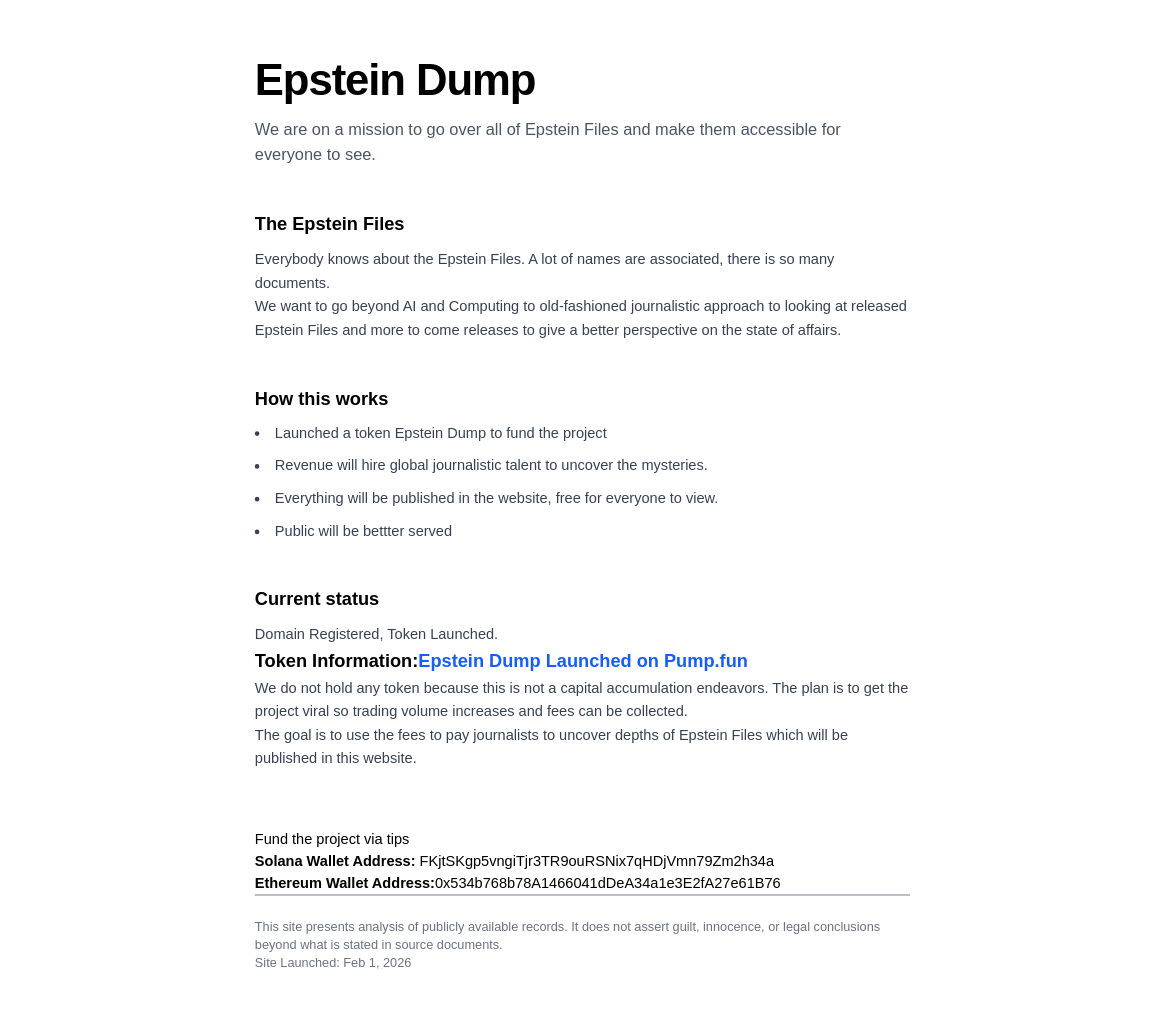
Repository: dayvoid97/epsteindump
Page: /
These files come from the project's save history. The page is drawn as it stood at one moment and after the next save; the edit follows.
The browser window is 1280 px wide. The pictures show the whole page, at 91% of full size.
The project was rebuilt for these pictures with package versions that can differ from the ones it lists, and the page was loaded fresh each time. The framework's server and built-in components were replaced by stand-ins that run in the browser. Also part of the build but not shown: next.config.ts.

Above is the page before, as saved 2026-02-02 02:33:21.

### app/layout.tsx
import type { Metadata } from 'next'
import { Geist, Geist_Mono } from 'next/font/google'
import Script from 'next/script'
import './globals.css'

const geistSans = Geist({
  variable: '--font-geist-sans',
  subsets: ['latin'],
})

const geistMono = Geist_Mono({
  variable: '--font-geist-mono',
  subsets: ['latin'],
})

export const metadata: Metadata = {
  title: 'The Epstein Files',
  description: 'Readable analysis of publicly released Epstein-related documents.',
}

export default function RootLayout({
  children,
}: Readonly<{
  children: React.ReactNode
}>) {
  return (
    <html lang="en">
      <head>
        {/* Google Analytics (GA4) */}
        <Script
          src="https://www.googletagmanager.com/gtag/js?id=G-BQLDPN3H1B"
          strategy="afterInteractive"
        />
        <Script id="ga4-init" strategy="afterInteractive">
          {`
            window.dataLayer = window.dataLayer || [];
            function gtag(){dataLayer.push(arguments);}
            gtag('js', new Date());
            gtag('config', 'G-BQLDPN3H1B');
          `}
        </Script>
        {/* End Google Analytics */}
      </head>

      <body className={`${geistSans.variable} ${geistMono.variable} antialiased`}>{children}</body>
    </html>
  )
}

### app/page.tsx
export default function Home() {
  return (
    <main className="min-h-screen bg-white text-black">
      <div className="max-w-3xl mx-auto px-6 py-16">
        {/* Header */}
        <header className="mb-12">
          <h1 className="text-4xl md:text-5xl font-semibold tracking-tight">Epstein Dump</h1>
          <p className="mt-4 text-lg text-gray-600">
            We are on a mission to go over all of Epstein Files and make them accessible for
            everyone to see.
          </p>
        </header>

        {/* Mission */}
        <section className="mb-12">
          <h2 className="font-bold text-xl  mb-3">The Epstein Files</h2>
          <p className="text-gray-700 leading-relaxed">
            Everybody knows about the Epstein Files. A lot of names are associated, there is so many
            documents.
          </p>

          <p className="text-gray-700 leading-relaxed">
            We want to go beyond AI and Computing to old-fashioned journalistic approach to looking
            at released Epstein Files and more to come releases to give a better perspective on the
            state of affairs.
          </p>
        </section>

        {/* What to Expect */}
        <section className="mb-12">
          <h2 className="text-xl font-bold mb-3">How this works</h2>
          <ul className="space-y-3 text-gray-700 list-disc list-inside">
            <li>Launched a token Epstein Dump to fund the project</li>
            <li>Revenue will hire global journalistic talent to uncover the mysteries. </li>
            <li>Everything will be published in the website, free for everyone to view. </li>
            <li>Public will be bettter served</li>
          </ul>
        </section>

        {/* Status */}
        <section className="mb-16">
          <h2 className="text-xl font-bold mb-3">Current status</h2>
          <p className="text-gray-700 leading-relaxed">Domain Registered, Token Launched.</p>
          <p className=" font-bold text-xl  leading-relaxed">
            Token Information:
            <a
              href="https://pump.fun/coin/AjRmSm4ZyLYUZ9ftCfi5yzLexpvPSRJtbccKJ99Dpump"
              className="text-blue-600"
            >
              Epstein Dump Launched on Pump.fun
            </a>
          </p>
          <p className="text-gray-700 leading-relaxed">
            We do not hold any token because this is not a capital accumulation endeavors. The plan
            is to get the project viral so trading volume increases and fees can be collected.
          </p>

          <p className="text-gray-700 leading-relaxed">
            The goal is to use the fees to pay journalists to uncover depths of Epstein Files which
            will be published in this website.
          </p>
        </section>

        <section>
          <h2> Fund the project via tips</h2>

          <p>
            <span className="font-bold">Solana Wallet Address:</span>{' '}
            <span>FKjtSKgp5vngiTjr3TR9ouRSNix7qHDjVmn79Zm2h34a</span>{' '}
          </p>
          <p>
            <span className="font-bold">Ethereum Wallet Address:</span>
            <span>0x534b768b78A1466041dDeA34a1e3E2fA27e61B76</span>{' '}
          </p>
        </section>

        {/* Footer */}
        <footer className="border-t pt-6 text-sm text-gray-500">
          <p>
            This site presents analysis of publicly available records. It does not assert guilt,
            innocence, or legal conclusions beyond what is stated in source documents.
          </p>
          <p>Site Launched: Feb 1, 2026</p>
        </footer>
      </div>
    </main>
  )
}

Loaded but not shown: app/globals.css (common file)

After the next save:
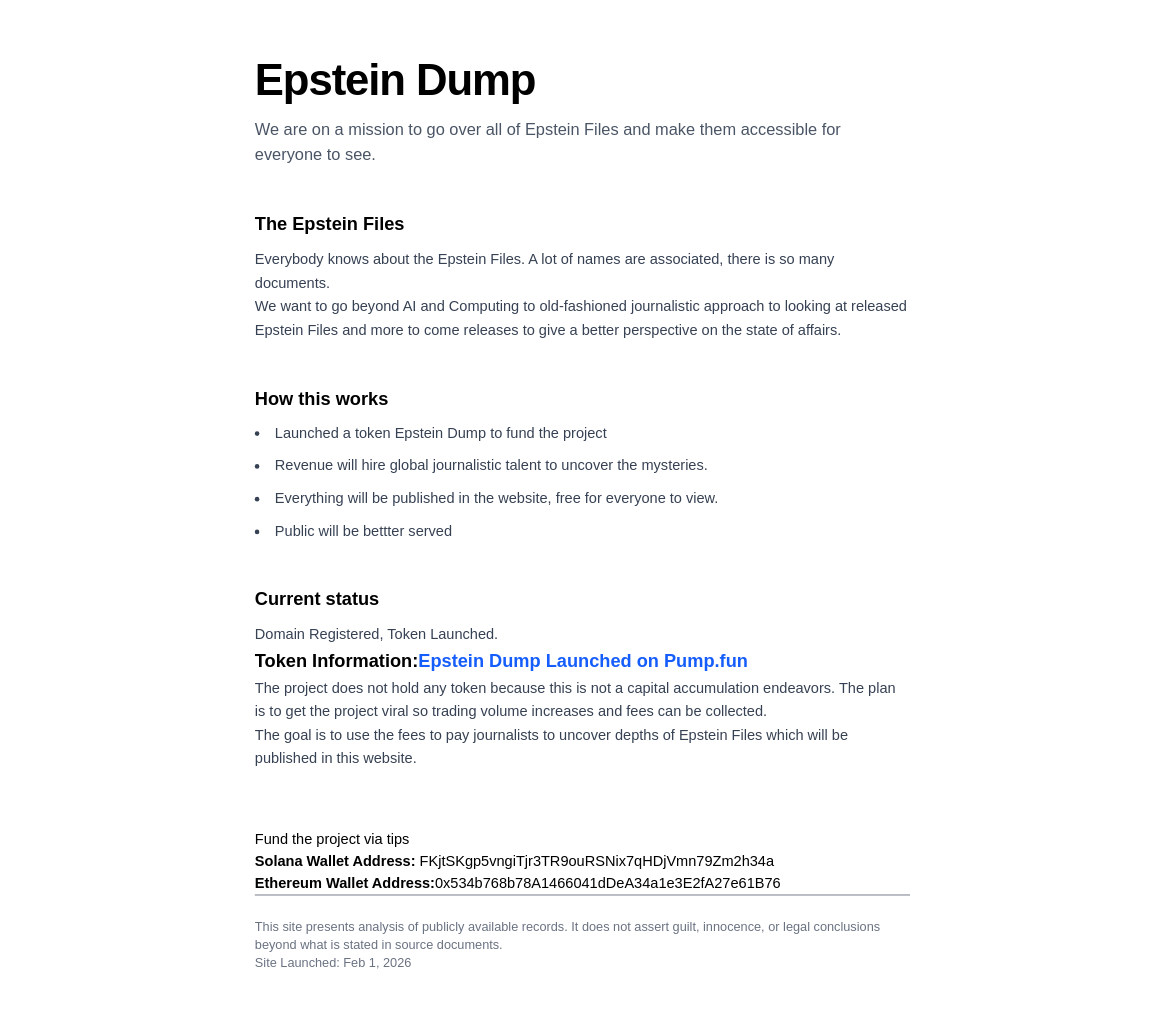
Saved 7 s later.
--- a/app/page.tsx
+++ b/app/page.tsx
@@ -51,8 +51,9 @@
             </a>
           </p>
           <p className="text-gray-700 leading-relaxed">
-            We do not hold any token because this is not a capital accumulation endeavors. The plan
-            is to get the project viral so trading volume increases and fees can be collected.
+            The project does not hold any token because this is not a capital accumulation
+            endeavors. The plan is to get the project viral so trading volume increases and fees can
+            be collected.
           </p>
 
           <p className="text-gray-700 leading-relaxed">
